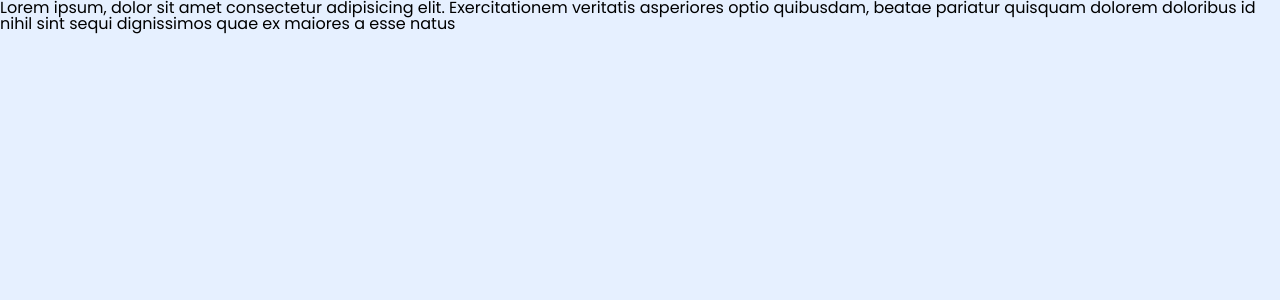
Repository: anhtien111198/f8-htmlcss-01
Page: index.html
An editor plug-in stored every save of this project. The page is shown before and after the next save, followed by the edit.
The browser window is 1280 px wide. The pictures show the whole page.

Above is the page before, as saved 2023-04-29 14:17:58.

After the next save:
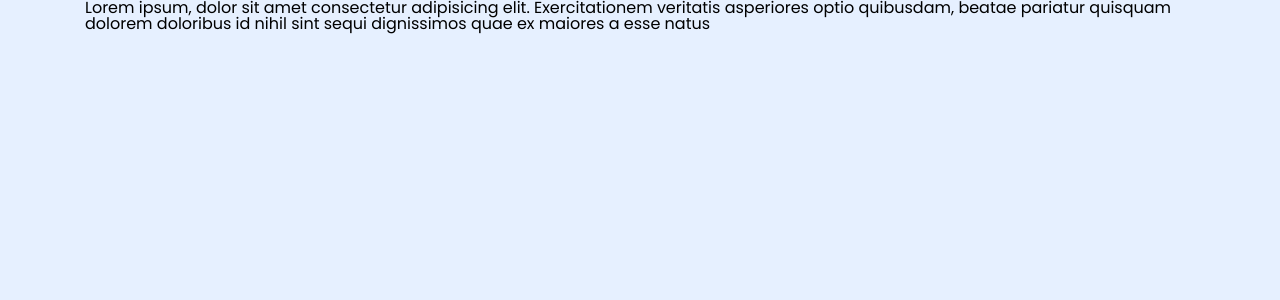
Saved 53 s later.
--- a/assets/css/styles.css
+++ b/assets/css/styles.css
@@ -8,6 +8,12 @@
     font-size: 1.6rem;
     font-family: "Poppins";
 }
+/* comment */
+.content {
+    max-width: 1110px;
+    margin-left: auto;
+    margin-right: auto;
+}
 /* heder */
 .header {
     background: #e6f0ff;
